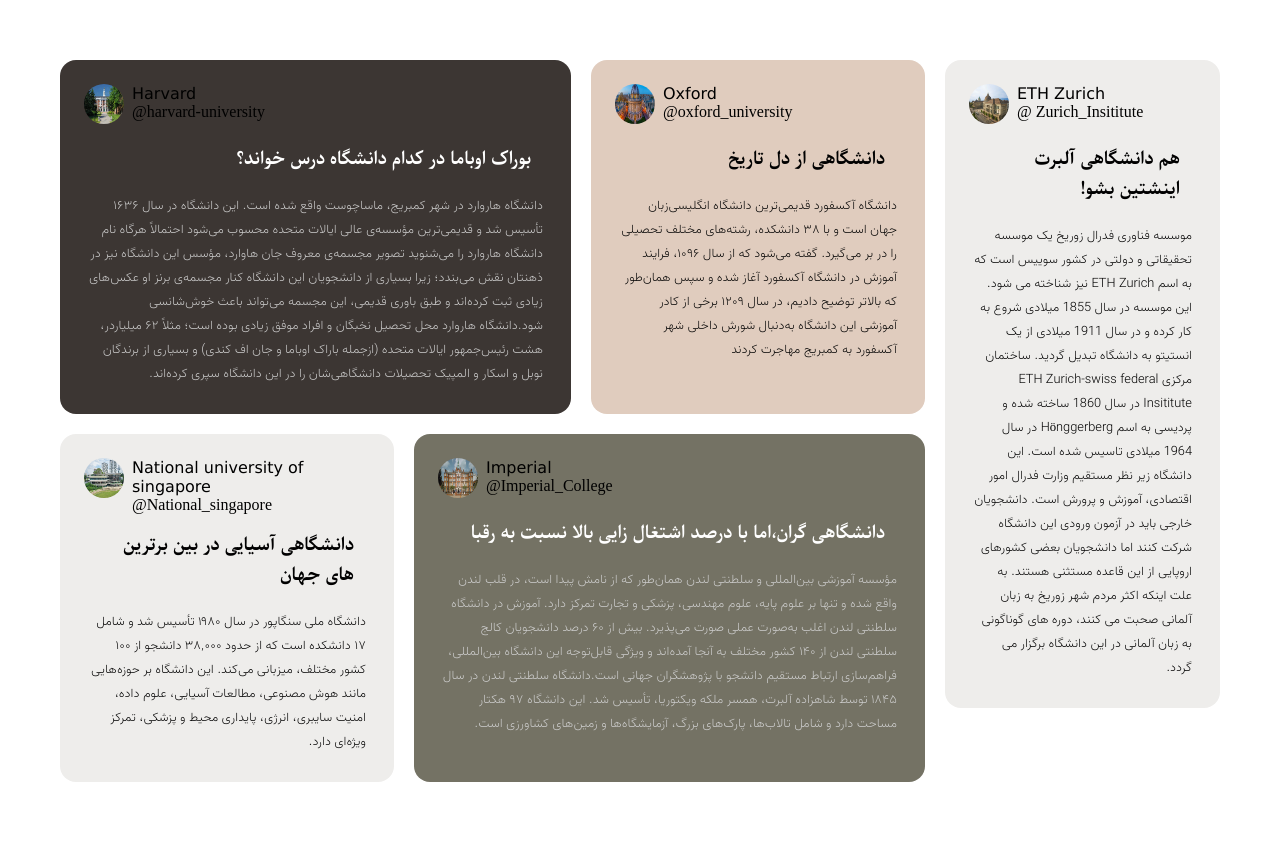
Repository: rahanwz/cards
Page: cards.html
These files come from the project's save history. The page is drawn as it stood at one moment and after a run of saves; the edit follows.
The browser window is 1280 px wide. The pictures show the whole page.

Above is the page before, as saved 2024-02-17 16:54:41.

### cards.html
<!DOCTYPE html>
<html lang="en">
  <head>
    <meta charset="UTF-8" />
    <meta name="viewport" content="width=device-width, initial-scale=1.0" />
    <title>Document</title>
    <link rel="stylesheet" href="cards.css" />
  </head>
  <body>
    <div class="container">
      <div class="boxcard1">
        <div class="cardcontainer big-card">
          <div class="card1">
            <div class="head">
              <div class="profile">
                <div class="profilecontaner">
                  <img
                    src="harvard-university-6591e0b9df73096be8d614ee.webp"
                    alt=""
                  />
                </div>
              </div>

              <div>
                <div class="user">Harvard</div>
                <div class="id">@harvard-university</div>
              </div>
            </div>
            <div class="descrip1" style="color: #ffffff;">بوراک اوباما در کدام دانشگاه درس خواند؟</div>
            <div class="descrip2" style=" color: #d0d0d0;">
              دانشگاه هاروارد در شهر کمبریج، ماساچوست واقع شده است. این دانشگاه
              در سال ۱۶۳۶ تأسیس شد و قدیمی‌ترین مؤسسه‌ی عالی ایالات متحده محسوب
              می‌شود احتمالاً هرگاه نام دانشگاه هاروارد را می‌شنوید تصویر
              مجسمه‌ی معروف جان هاوارد، مؤسس این دانشگاه نیز در ذهنتان نقش
              می‌بندد؛ زیرا بسیاری از دانشجویان این دانشگاه کنار مجسمه‌ی برنز او
              عکس‌های زیادی ثبت کرده‌اند و طبق باوری قدیمی، این مجسمه می‌تواند
              باعث خوش‌شانسی شود.دانشگاه هاروارد محل تحصیل نخبگان و افراد موفق
              زیادی بوده است؛ مثلاً ۶۲ میلیاردر، هشت‌ رئیس‌جمهور ایالات متحده
              (ازجمله باراک اوباما و جان اف کندی) و بسیاری از برندگان نوبل و
              اسکار و المپیک تحصیلات دانشگاهی‌شان را در این دانشگاه سپری
              کرده‌اند.
            </div>
          </div>
        </div>

        <div class="cardcontainer small-card">
          <div class="card2">
            <div class="head">
              <div class="profile">
                <div class="profilecontaner">
                  <img
                    src="oxford-university-jpg-6591b422df73096be8d6145c.webp"
                    alt=""
                  />
                </div>
              </div>
              <div>
                <div class="user">Oxford</div>
                <div class="id">@oxford_university</div>
              </div>
            </div>
            <div class="descrip1">دانشگاهی از دل تاریخ</div>
            <div class="descrip2">
              دانشگاه آکسفورد قدیمی‌ترین دانشگاه انگلیسی‌زبان جهان است و با ۳۸
              دانشکده، رشته‌های مختلف تحصیلی را در بر می‌گیرد. گفته می‌شود که از
              سال ۱۰۹۶، فرایند آموزش در دانشگاه آکسفورد آغاز شده و سپس همان‌طور
              که بالاتر توضیح دادیم، در سال ۱۲۰۹ برخی از کادر آموزشی این دانشگاه
              به‌دنبال شورش داخلی شهر آکسفورد به کمبریج مهاجرت کردند
            </div>
          </div>
        </div>

        <div class="cardcontainer small-card">
          <div class="card3">
            <div class="head">
              <div class="profile">
                <div class="profilecontaner">
                  <img src="nus-6591f1acdf73096be8d61515.webp" alt="" />
                </div>
              </div>

              <div>
                <div class="user">National university of singapore</div>
                <div class="id">@National_singapore</div>
              </div>
            </div>
            <div class="descrip1">دانشگاهی آسیایی در بین برترین های جهان</div>
            <div class="descrip2">
              دانشگاه ملی سنگاپور در سال ۱۹۸۰ تأسیس شد و شامل ۱۷ دانشکده‌ است که
              از حدود ۳۸٬۰۰۰ دانشجو از ۱۰۰ کشور مختلف، میزبانی می‌کند. این
              دانشگاه بر حوزه‌هایی مانند هوش مصنوعی، مطالعات آسیایی، علوم داده،
              امنیت سایبری، انرژی، پایداری محیط و پزشکی، تمرکز ویژه‌ای دارد.
            </div>
          </div>
        </div>
        <div class="cardcontainer big-card">
          <div class="card4">
            <div class="head">
              <div class="profile">
                <div class="profilecontaner">
                  <img
                    src="imperial-college-london-6591e911df73096be8d614fb.webp"
                    alt=""
                  />
                </div>
              </div>

              <div>
                <div class="user">Imperial</div>
                <div class="id">@Imperial_College</div>
              </div>
            </div>
            <div class="descrip1" style="color: #ffffff;">
              دانشگاهی گران،اما با درصد اشتغال زایی بالا نسبت به رقبا
            </div>
            <div class="descrip2" style="color: #cfcfcf;">
              مؤسسه آموزشی بین‌المللی و سلطنتی لندن همان‌طور که از نامش پیدا
              است، در قلب لندن واقع شده و تنها بر علوم پایه، علوم مهندسی، پزشکی
              و تجارت تمرکز دارد. آموزش در دانشگاه سلطنتی لندن اغلب به‌صورت عملی
              صورت می‌پذیرد. بیش از ۶۰ درصد دانشجویان کالج سلطنتی لندن از ۱۴۰
              کشور مختلف به آنجا آمده‌اند و ویژگی قابل‌توجه این دانشگاه
              بین‌المللی، فراهم‌سازی ارتباط مستقیم دانشجو با پژوهشگران جهانی
              است.دانشگاه سلطنتی لندن در سال ۱۸۴۵ توسط شاهزاده آلبرت، همسر ملکه
              ویکتوریا، تأسیس شد. این دانشگاه ۹۷ هکتار مساحت دارد و شامل
              تالاب‌ها، پارک‌های بزرگ، آزمایشگاه‌ها و زمین‌های کشاورزی است.
            </div>
          </div>
        </div>
      </div>
      <div class="boxcard2">
        <div class="cardcontainer">
          <div class="card5">
            <div class="head">
              <div class="profile">
                <div class="profilecontaner">
                  <img src="zurich-eth-6591f083df73096be8d6150c.webp" alt="" />
                </div>
              </div>

              <div>
                <div class="user">ETH Zurich</div>
                <div class="id">@ Zurich_Insititute</div>
              </div>
            </div>
            <div class="descrip1" ">هم دانشگاهی آلبرت اینشتین بشو!</div>
            <div class="descrip2">
              موسسه فناوری فدرال زوریخ یک موسسه تحقیقاتی و دولتی در کشور سوییس
              است که به اسم ETH Zurich نیز شناخته می شود. این موسسه در سال 1855
              میلادی شروع به کار کرده و در سال 1911 میلادی از یک انستیتو به
              دانشگاه تبدیل گردید. ساختمان مرکزی ETH Zurich-swiss federal
              Insititute در سال 1860 ساخته شده و پردیسی به اسم Hönggerberg در
              سال 1964 میلادی تاسیس شده است. این دانشگاه زیر نظر مستقیم وزارت
              فدرال امور اقتصادی، آموزش و پرورش است. دانشجویان خارجی باید در
              آزمون ورودی این دانشگاه شرکت کنند اما دانشجویان بعضی کشورهای
              اروپایی از این قاعده مستثنی هستند. به علت اینکه اکثر مردم شهر
              زوریخ به زبان آلمانی صحبت می کنند، دوره های گوناگونی به زبان
              آلمانی در این دانشگاه برگزار می گردد.
            </div>
          </div>
        </div>
      </div>
    </div>
  </body>
</html>

### cards.css
* {
  padding: 0;
  margin: 0;
  box-sizing: border-box;
}

.container {
  display: flex;
  flex-direction: column;
  width: 100%;
  height: auto;
  padding: 3rem 2.5rem;
}

.head {
  display: flex;
}

.cardcontainer {
  width: 100%;
  padding: 10px;
}

.card1 {
  background-color: #3c3633;
  padding: 1.5rem;
  border-radius: 1rem;
}
.profile img {
  width: 40px;
  height: 40px;
  margin-right: 0.5rem;
  border-radius: 50%;
}

.descrip {
  padding-top: 1.5rem;
}

.card2 {
  background-color: #e0ccbe;
  padding: 1.5rem;
  border-radius: 1rem;
}
.card3 {
  background-color: #eeedeb;
  padding: 1.5rem;
  border-radius: 1rem;
}
.card4 {
  padding: 1.5rem;
  border-radius: 1rem;
  background-color: #747264;
}

.card5 {
  background-color: #eeedeb;
  padding: 1.5rem;
  border-radius: 1rem;
}

@media (min-width: 1024px) {
  .container {
    flex-direction: row;
    padding: 50px;
    height: 100%;
  }

  .boxcard1 {
    display: flex;
    width: 75%;
    height:20%;
    flex-wrap: wrap;

  }

  .boxcard2 {
    width: 25%;
     height: 65%;
  }

  .big-card {
    width:60%;
  }
  .small-card {
    width:40%;
  }
  .card1,.card2,.card3,.card4,.card5{
    height: 100%;
  }

.descrip1,
.descrip2 {
  direction: rtl;
}

.descrip1{
 font-size: 1.1rem;
 padding: 1rem;
 font-family: titr;
}

.descrip2{
  padding: .25rem;
  font-size:.80rem;
  line-height:1.5rem;
  font-family:des;
}
.user{
  font-family: 'Lucida Sans', 'Lucida Sans Regular', 'Lucida Grande', 'Lucida Sans Unicode', Geneva, Verdana, sans-serif;
}


}


@font-face{
  font-family:titr;
  src: url(font/Parastoo-Bold-FD-WOL.woff);
}



@font-face{
  font-family:des;
  src: url(font/Vazir-Thin.woff2);
}

After the next 2 saves:
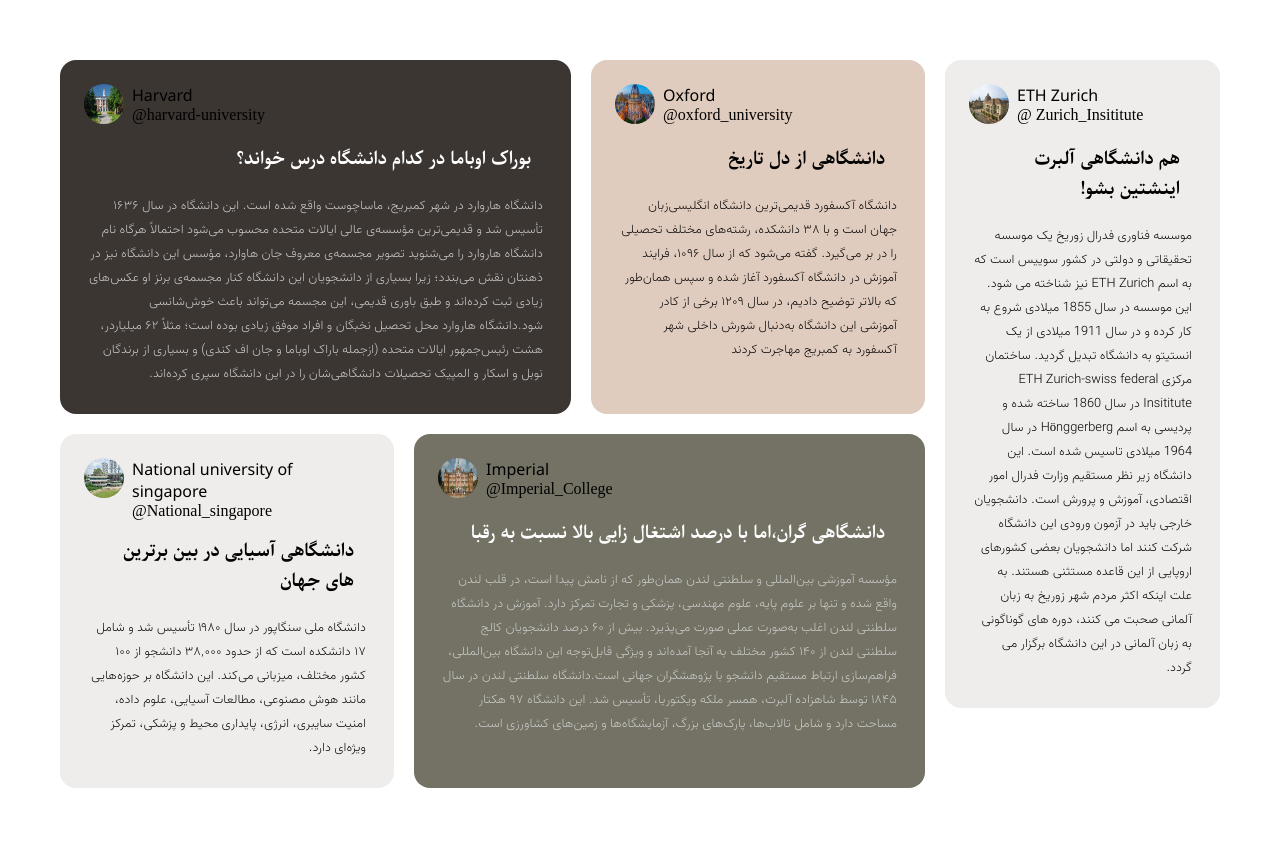
The 2 saves are shown as one change because they came seconds apart.
The last was saved 20 s later.
--- a/cards.css
+++ b/cards.css
@@ -107,7 +107,7 @@
   font-family:des;
 }
 .user{
-  font-family: 'Lucida Sans', 'Lucida Sans Regular', 'Lucida Grande', 'Lucida Sans Unicode', Geneva, Verdana, sans-serif;
+  font-family: 'Segoe UI', Tahoma, Geneva, Verdana, sans-serif;
 }
 
 
